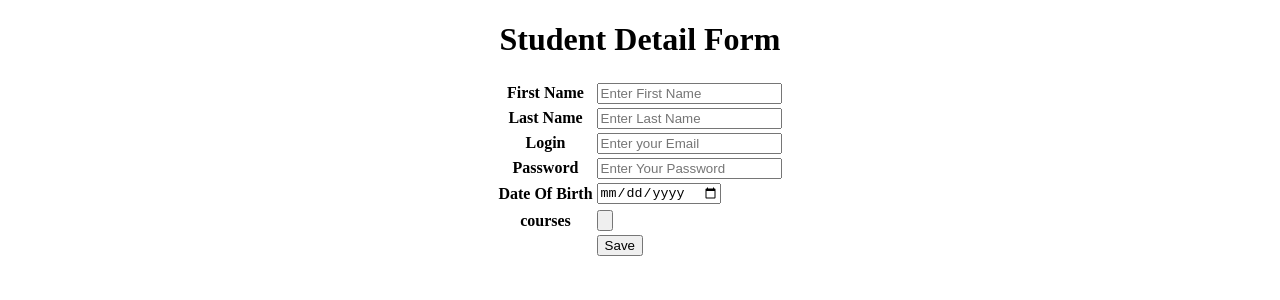
Repository: Abhi070717/Advance-Java
Page: http://localhost/jsp-servlet/UserForm.jsp
The author's editor kept a copy of each file at every save. The page is drawn from the files as they stood at one save, then again after the next save.
The browser window is 1280 px wide. The pictures show the whole page.
The page is served by Tomcat 9. Other server files are loaded and not shown.

Above is the page before, as saved 2026-01-21 11:04:43.

### Jsp-servlet/jsp-servlet/WebContent/UserForm.jsp
<%@ page language="java" contentType="text/html; charset=ISO-8859-1"
	pageEncoding="ISO-8859-1"%>
<!DOCTYPE html>
<html>
<head>
<meta charset="ISO-8859-1">
<title>Student Form</title>
</head>
<body>

	<div align="center">

		<form>
			<h1>Student Detail Form</h1>
			<table>
				<tr>
					<th>First Name</th>
					<td><input type="text" name="firstName" value=""
						placeholder="Enter First Name"></td>
				</tr>
				<tr>
					<th>Last Name</th>
					<td><input type="text" name="lastName" value=""
						placeholder="Enter Last Name"></td>
				</tr>
				<tr>
					<th>Login</th>
					<td><input type="email" name="login" value=""
						placeholder="Enter your Email"></td>
				</tr>
				<tr>
					<th>Password</th>
					<td><input type="password" id="password" name="password"
						placeholder="Enter Your Password"></td>
				</tr>

				<tr>
					<th>Date Of Birth</th>
					<td><input type="date" name="DOB" value=""></td>
				</tr>
				<tr>
				<tr>
					<th>courses</th>
					<td><input type="button" name="Select" value=""
						placeholder="Select the course"></td>
				</tr>
					<th></th>
					<td><input type="Submit" name="operation" value="Save"></td>
				</tr>
			</table>

		</form>

	</div>

</body>
</html>

After the next save:
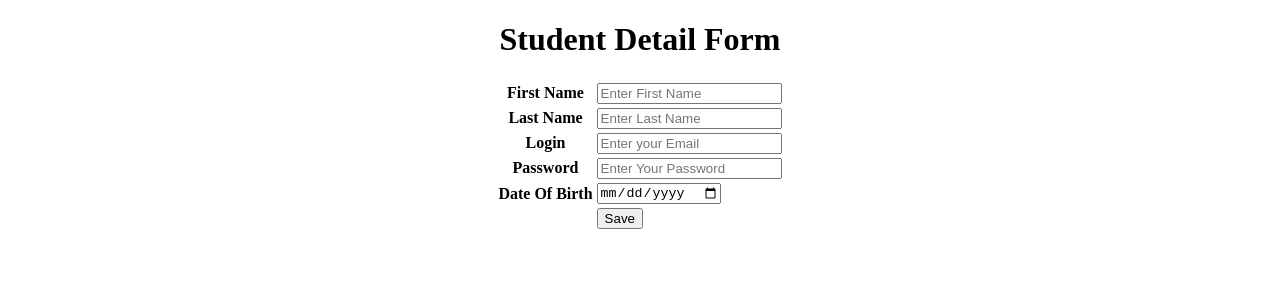
Saved 40 s later.
--- a/Jsp-servlet/jsp-servlet/WebContent/UserForm.jsp
+++ b/Jsp-servlet/jsp-servlet/WebContent/UserForm.jsp
@@ -38,12 +38,6 @@
 					<th>Date Of Birth</th>
 					<td><input type="date" name="DOB" value=""></td>
 				</tr>
-				<tr>
-				<tr>
-					<th>courses</th>
-					<td><input type="button" name="Select" value=""
-						placeholder="Select the course"></td>
-				</tr>
 					<th></th>
 					<td><input type="Submit" name="operation" value="Save"></td>
 				</tr>
